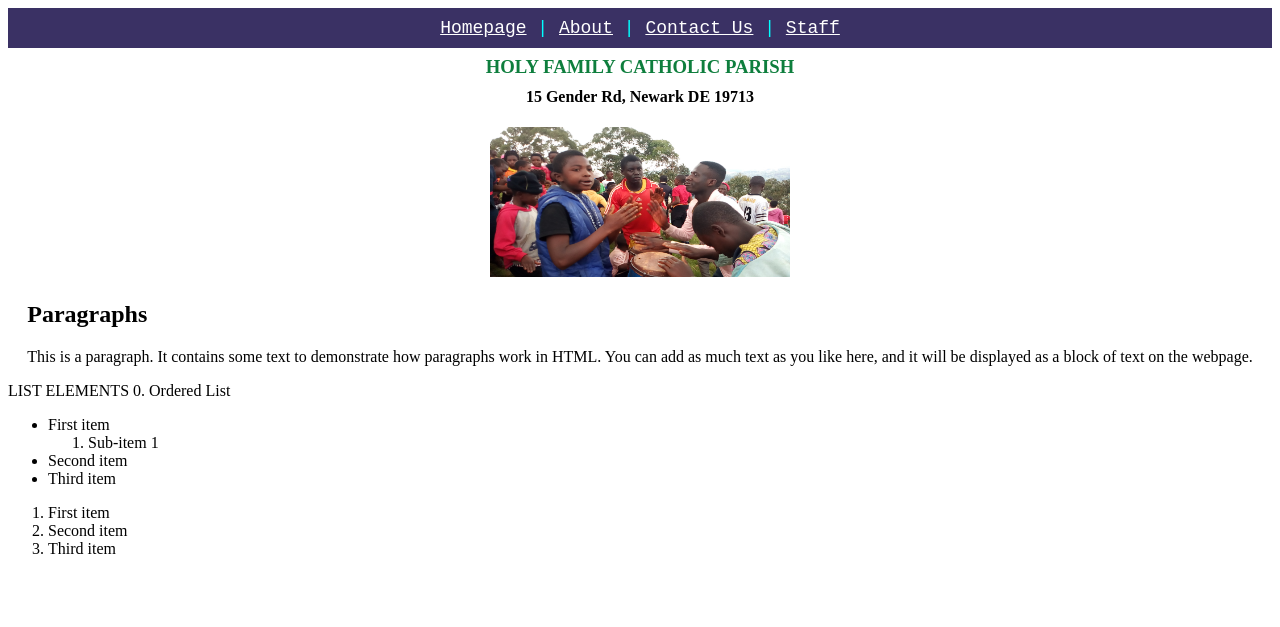
Repository: ficotims/HTML-RESTART
Page: Homepage.html
An editor plug-in stored every save of this project. The page is shown before and after the next save, followed by the edit.
The browser window is 1280 px wide. The pictures show the whole page.

Above is the page before, as saved 2026-02-10 17:15:13.

### Homepage.html
<!doctype html>
<html lang="en">
  <head>
    <meta charset="UTF-8" />
    <meta name="viewport" content="width=device-width, initial-scale=1.0" />
    <title>HTML Crash course with Iman Musa</title>
    <link rel="stylesheet" href="Style 1.css"/>
  </head>
  <body>

    <!-- NAVIGATION SECTION -->
        <div style="background-color: rgb(58, 49, 100); padding: 10px; text-align: center; color: aqua; font-size: 18px; font-family: monospace, Lemon milk;">
    <a href="Homepage.html" target="_top" style="color: white;">Homepage</a> |
    <a href="about.html" style="color: white;">About</a> | <a href="Contact us.html" style="color: white;">Contact Us</a> |
    <a href="staff.html" style="color: white;">Staff</a>
     </div>

 <div style="text-align: center;">
    <h3><span style="color: rgb(14, 126, 61);"><div style="line-height: 0;">HOLY FAMILY CATHOLIC PARISH</b></span></h3>
    <H4>15 Gender Rd, Newark DE 19713</H4>
    <img
        src="images/Acension.jpg"
        alt="Catholic Church Logo"
        width="300"
        height="150"
      />
      </div>

      <section class="container">
        <div class="box">
          <h2>Paragraphs</h2>
          <p>This is a paragraph. It contains some text to demonstrate how paragraphs work in HTML. You can add as much text as you like here, and it will be displayed as a block of text on the webpage.</p>
      </section>
    <!-- this is LIST -->
<hi2>LIST ELEMENTS</h2>

    0. Ordered List

    <ul>
      <li>First item</li>
      <ol><li>Sub-item 1</li></ol>
      <li>Second item</li>
      <li>Third item</li>
    </ul>

    <ol>
      <li>First item</li>
      <li>Second item</li>
      <li>Third item</li>
    </ol>
  </body>
</html>

### Style 1.css
.body1 {
    color: rgb(255, 249, 249);
    background-color: rgb(92, 113, 206);
    border-radius: 50px;
    font-size: 25px;
}

.flyout {
    border: none;
    background-color: lightgreen;
    color: rgb(0, 0, 0);
    padding: 20px;
    margin: 15px;
    height: 250px;
    width: 200px;
}

.container {
    display: flex;
    flex-direction: row;
    justify-content: space-around;
}

After the next save:
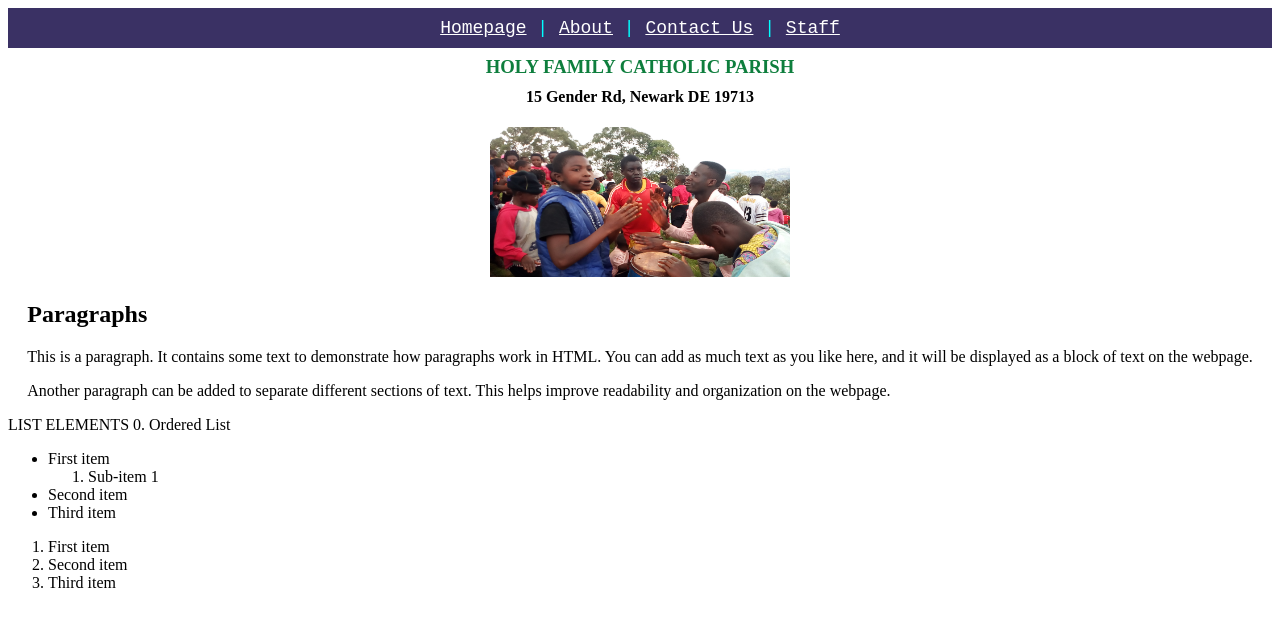
Saved 30 s later.
--- a/Homepage.html
+++ b/Homepage.html
@@ -30,6 +30,8 @@
         <div class="box">
           <h2>Paragraphs</h2>
           <p>This is a paragraph. It contains some text to demonstrate how paragraphs work in HTML. You can add as much text as you like here, and it will be displayed as a block of text on the webpage.</p>
+          <p>Another paragraph can be added to separate different sections of text. This helps improve readability and organization on the webpage.</p>
+        </div>
       </section>
     <!-- this is LIST -->
 <hi2>LIST ELEMENTS</h2>
